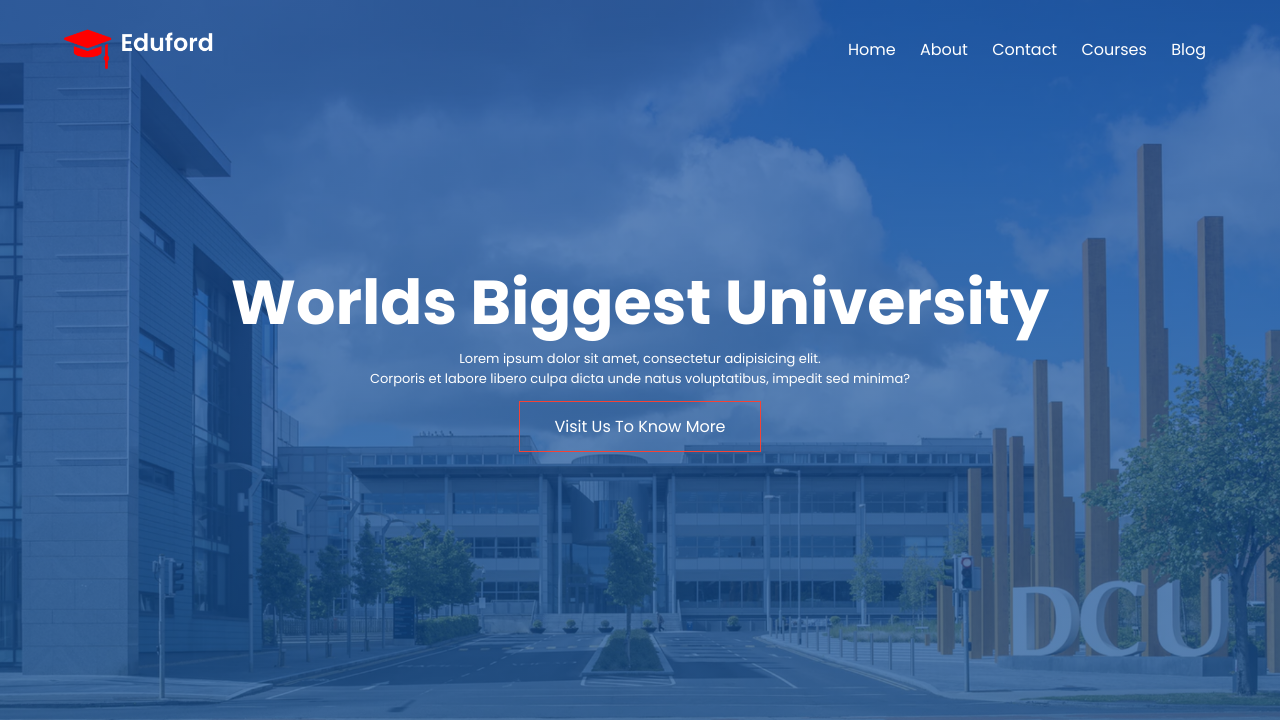
Repository: yashrajverma/Practise
Page: index.html
The author's editor kept a copy of each file at every save. The page is drawn from the files as they stood at one save, then again after the next save.
The browser window is 1280 px wide. The pictures show the whole page.
The pointer rests on the first visible `.text-box a`.

Above is the page before, as saved 2021-04-27 11:26:29.

### index.html
<!DOCTYPE html>
<html lang="en">
  <head>
    <meta charset="UTF-8" />
    <meta name="viewport" content="width=device-width, initial-scale=1.0" />
    <title>Website</title>
    <link rel="stylesheet" href="style.css" />
    <link rel="preconnect" href="https://fonts.gstatic.com">
<link href="https://fonts.googleapis.com/css2?family=Poppins:ital,wght@0,100;0,400;0,600;0,700;1,500&display=swap" rel="stylesheet">
  </head>
  <body>
    <section class="header">
        <nav>
         <a href="index.html"><img src="eduford_img/logo.png" alt="logo" class="nav-img"/></a>
          <div class="nav-links">
             <ul>
            <li><a href="#">Home</a></li>
            <li><a href="#">About</a></li>
            <li><a href="#">Contact</a></li>
            <li><a href="#">Courses</a></li>
            <li><a href="#">Blog</a></li>
          </ul>
          </div>
        </nav>

        <div class="text-box">
          <h1>
            Worlds Biggest University
          </h1>
          <p>
            Lorem ipsum dolor sit amet, consectetur adipisicing elit. <br>
            Corporis et labore libero culpa dicta unde natus voluptatibus, impedit sed minima?
          </p>
          <a href="#">Visit Us To Know More</a>
        </div>
    </section>
  </body>
</html>

### style.css
*{
    margin: 0;
    padding: 0;
    font-family: 'Poppins', sans-serif;
}

{$color:#f44336}
.header{
    width: 100%;
    min-height: 100vh;
    background:linear-gradient(rgba(23, 76, 156, 0.7),rgba(17, 75, 141, 0.7)) ,url('./eduford_img/banner.png');
    background-position: fixed;
    background-size: cover;
    background-repeat: no-repeat;
    position: relative;
}
nav{
    display: flex;
    align-items: center;
    justify-content: space-between;
    padding: 2% 5%;
}
.nav-img{
    width: 150px;
}
.nav-links{
    flex:1;
    text-align: right;
}
.nav-links ul li{
    list-style: none;
    padding: 0 10px ;
    display: inline-block;
    position: relative;
}
.nav-links ul li  a{
    text-decoration: none;
    color: white;

}
.nav-links ul li::after{
    width: 0;
    height: 2px;
    content: '';
    background-color: #f44336;
    display: block;
    margin: auto;
    transition: 0.4s;
}
.nav-links ul li:hover::after{
    width: 100%;
}
.text-box{
    width: 90%;
    text-align: center;
    position: absolute;
    top: 50%;
    left: 50%;
    transform: translate(-50%,-50%);
    color: white;
}
.text-box h1{
    font-size: 62px;
}
.text-box p{
    font-size: 13px;
}
.text-box a{
    display: inline-block;
    padding: 12px 34px ;
    color: white;
    text-decoration: none;
    position: relative;
    margin: 12px;
    border: 1px solid white;
    background: transparent;
}
.text-box a:hover{
    background: $color;
    border:1px solid #f44336;
}

After the next save:
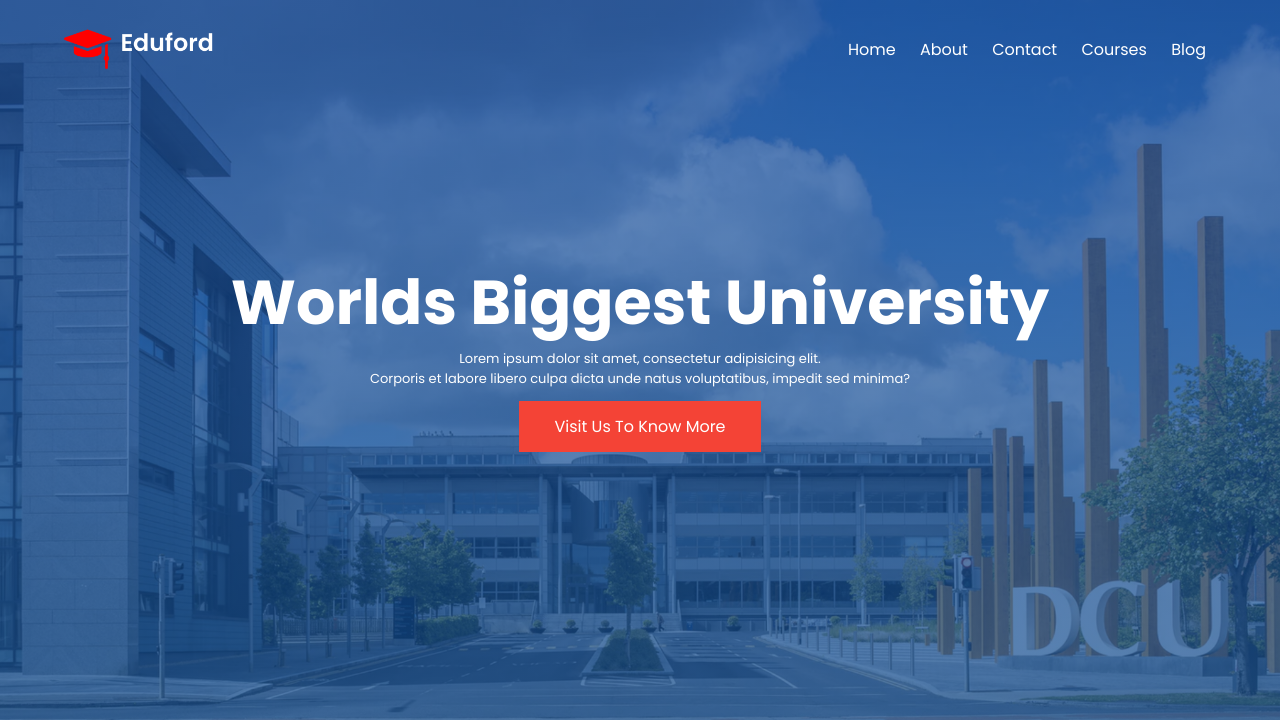
Saved 11 s later.
--- a/style.css
+++ b/style.css
@@ -76,6 +76,6 @@
     background: transparent;
 }
 .text-box a:hover{
-    background: $color;
+    background: #f44336;
     border:1px solid #f44336;
 }
